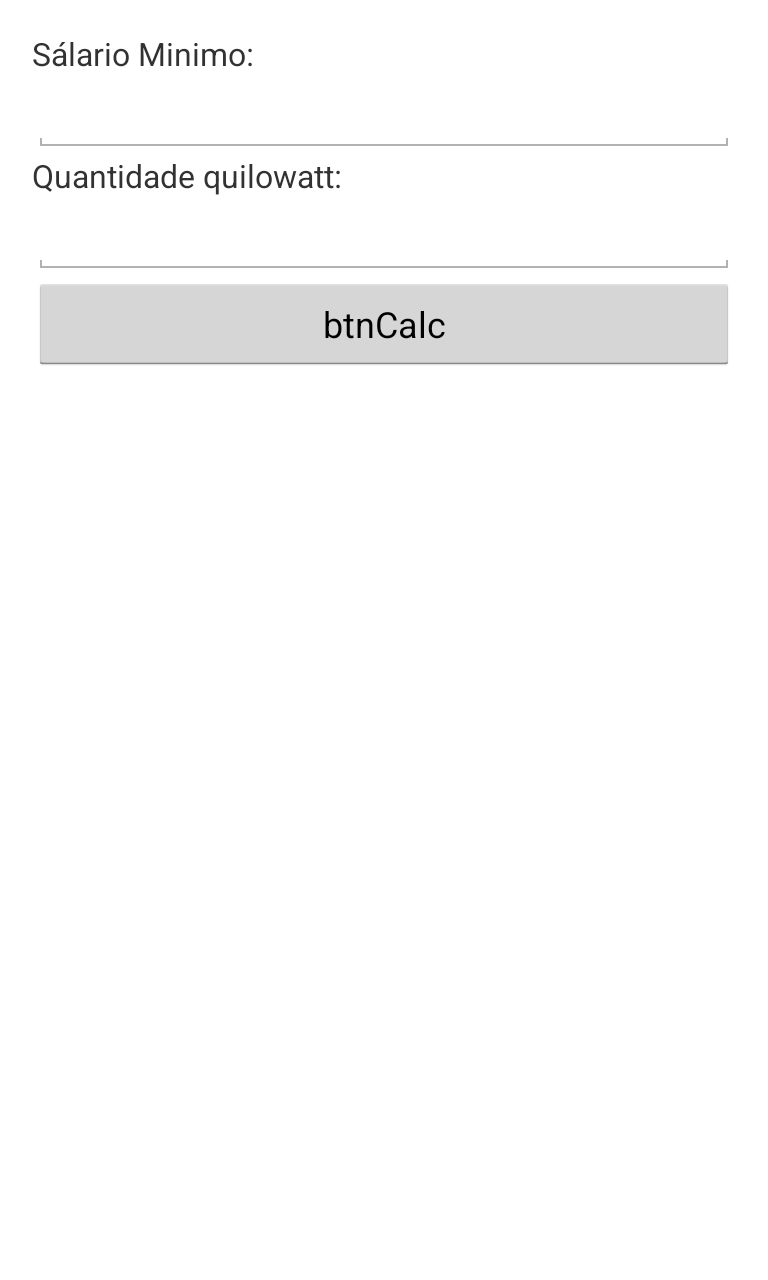
Repository: erickluz/Android
Layout: CustoQuilowatt/res/layout/activity_main.xml
An editor plug-in stored every save of this project. The layout is shown before and after the next save, followed by the edit.
It is drawn on a 768 x 1280 px phone screen (xhdpi) without system bars, with theme AppTheme; the app's code is not run.

Above is the layout before, as saved 2016-03-15 01:41:48.

### CustoQuilowatt/res/layout/activity_main.xml
<LinearLayout xmlns:android="http://schemas.android.com/apk/res/android"
    xmlns:tools="http://schemas.android.com/tools"
    android:layout_width="match_parent"
    android:layout_height="match_parent"
    android:paddingBottom="@dimen/activity_vertical_margin"
    android:paddingLeft="@dimen/activity_horizontal_margin"
    android:paddingRight="@dimen/activity_horizontal_margin"
    android:paddingTop="@dimen/activity_vertical_margin"
    android:orientation="vertical"
    tools:context="com.erick.custoquilowatt.MainActivity" >

    <TextView
        android:layout_width="fill_parent"
        android:layout_height="wrap_content"
        android:textSize="16sp"
        android:text="@string/salMinimo" />

    <EditText
        android:id="@+id/txtSalMinimo"
        android:labelFor="@+id/txtSalMinimo"
        android:layout_width="fill_parent"
        android:layout_height="wrap_content"
        android:inputType="numberDecimal"/>

    <TextView
        android:layout_width="fill_parent"
        android:layout_height="wrap_content"
        android:textSize="16sp"
        android:text="@string/qtdQuilowatt" />

    <EditText
        android:id="@+id/txtQtdQuilowatt"
        android:labelFor="@+id/txtQtdQuilowatt"
        android:layout_width="fill_parent"
        android:layout_height="wrap_content"
        android:inputType="number"/>

    <Button
        android:id="@+id/btnCalcular"
        android:layout_width="fill_parent"
        android:layout_height="wrap_content"
        android:onClick="btnCalc"
        android:text="btnCalc"/>"

</LinearLayout>

### CustoQuilowatt/res/values/strings.xml
<?xml version="1.0" encoding="utf-8"?>
<resources>

    <string name="app_name">"CustoQuilowatt "</string>
    <string name="hello_world">Hello world!</string>
    <string name="action_settings">Settings</string>
    <string name="salMinimo">Sálario Minimo:</string>
    <string name="qtdQuilowatt">Quantidade quilowatt:</string>
    <string name="btnCalc">Calcular</string>

</resources>

Loaded but not shown: CustoQuilowatt/res/values/styles.xml (common file); CustoQuilowatt/res/values-v11/styles.xml (common file); CustoQuilowatt/res/values-v14/styles.xml (common file); CustoQuilowatt/res/values/dimens.xml (common file); CustoQuilowatt/res/values-w820dp/dimens.xml (common file)

After the next save:
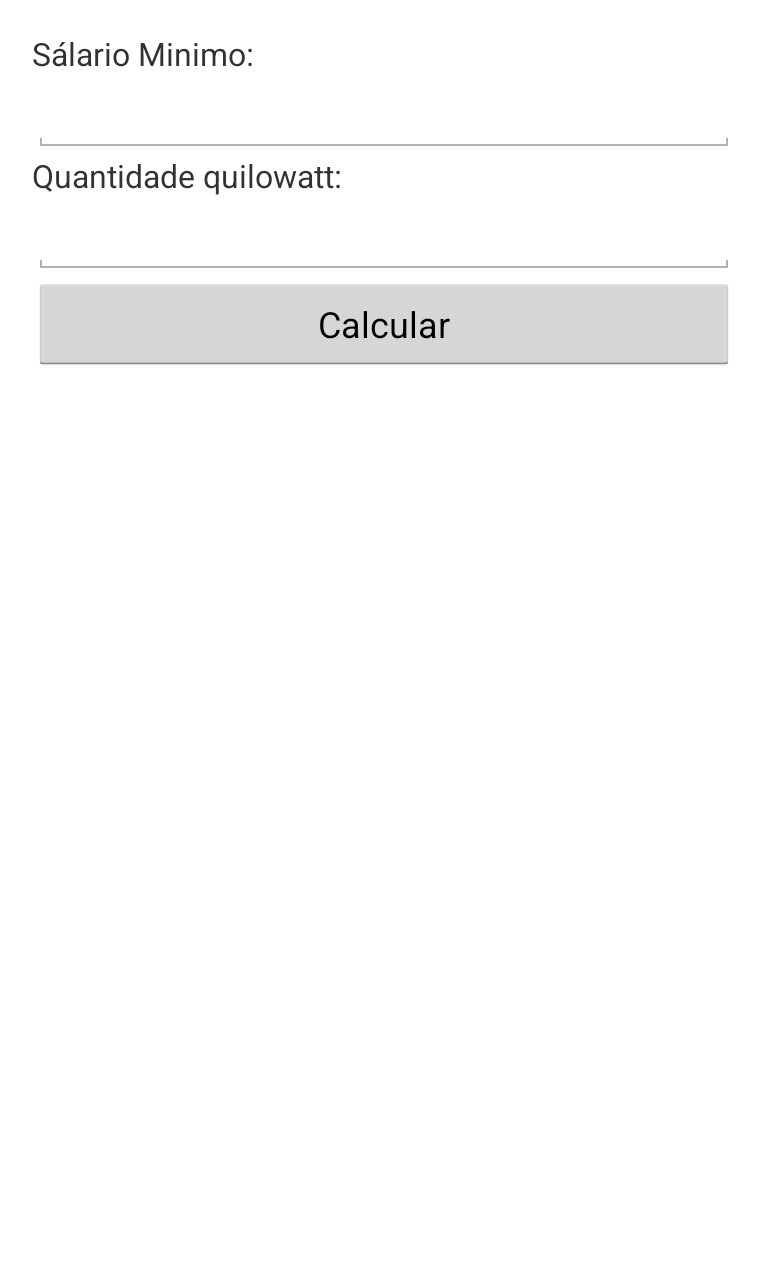
Saved 12 s later.
--- a/CustoQuilowatt/res/layout/activity_main.xml
+++ b/CustoQuilowatt/res/layout/activity_main.xml
@@ -40,6 +40,6 @@
         android:layout_width="fill_parent"
         android:layout_height="wrap_content"
         android:onClick="btnCalc"
-        android:text="btnCalc"/>"
+        android:text="@string/btnCalc"/>"
 
 </LinearLayout>
